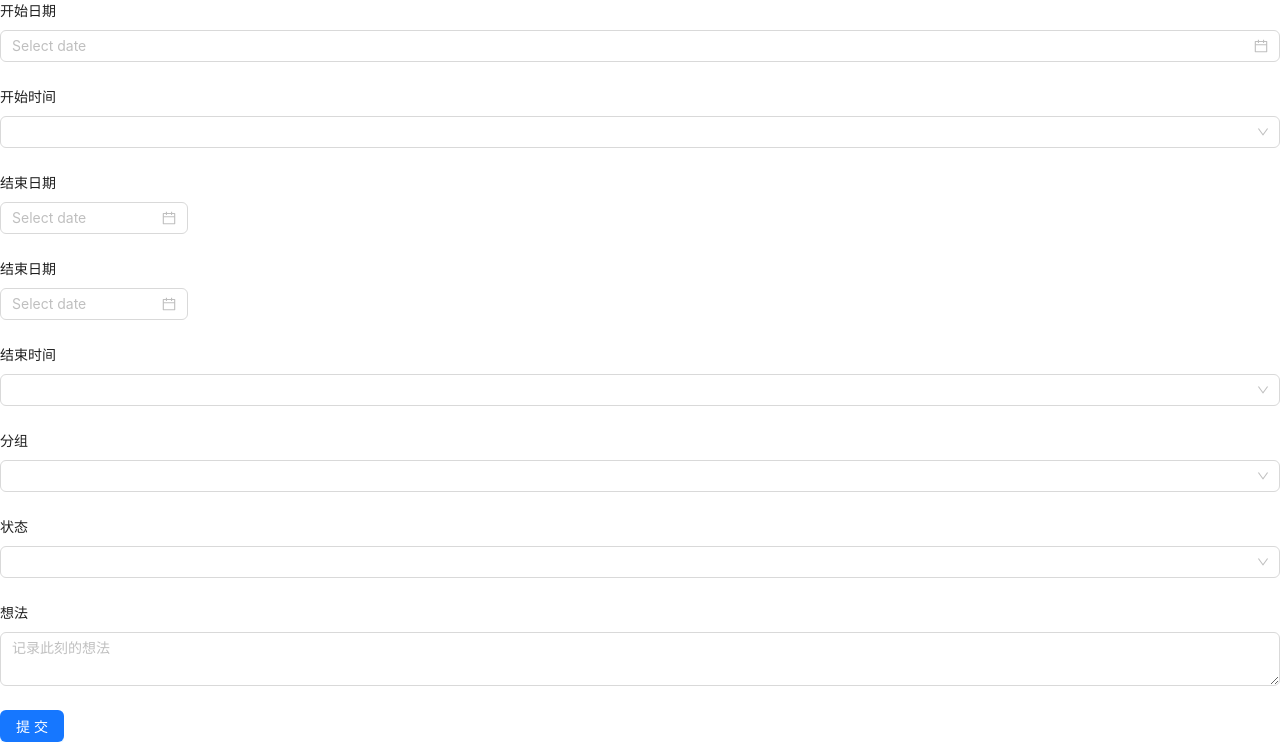
Repository: wujieli0207/time-value-app
Page: /
The author's editor kept a copy of each file at every save. The page is drawn from the files as they stood at one save, then again after the next save.
The browser window is 1280 px wide. The pictures show the whole page.
The project was rebuilt for these pictures with package versions that can differ from the ones it lists, and the page was loaded fresh each time. Also part of the build but not shown: vite.config.ts.

Above is the page before, as saved 2024-01-29 11:00:40.

After the next save:
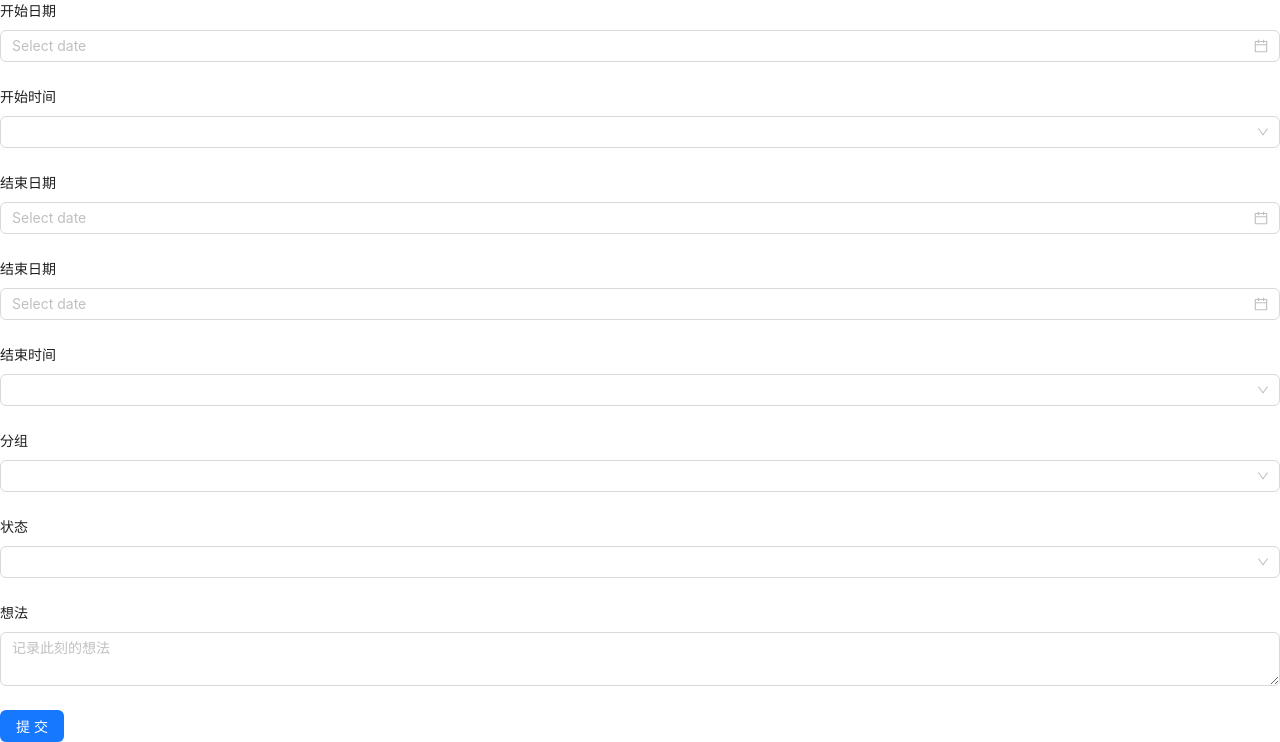
Saved 116 s later.
--- a/src/App.tsx
+++ b/src/App.tsx
@@ -27,10 +27,10 @@ function App() {
           <Select options={timeRange} />
         </Form.Item>
         <Form.Item label="结束日期">
-          <DatePicker />
+          <DatePicker className="w-full" />
         </Form.Item>
         <Form.Item<FieldType> name="endDate" label="结束日期">
-          <DatePicker />
+          <DatePicker className="w-full" />
         </Form.Item>
         <Form.Item<FieldType> name="endTime" label="结束时间">
           <Select options={timeRange} />
